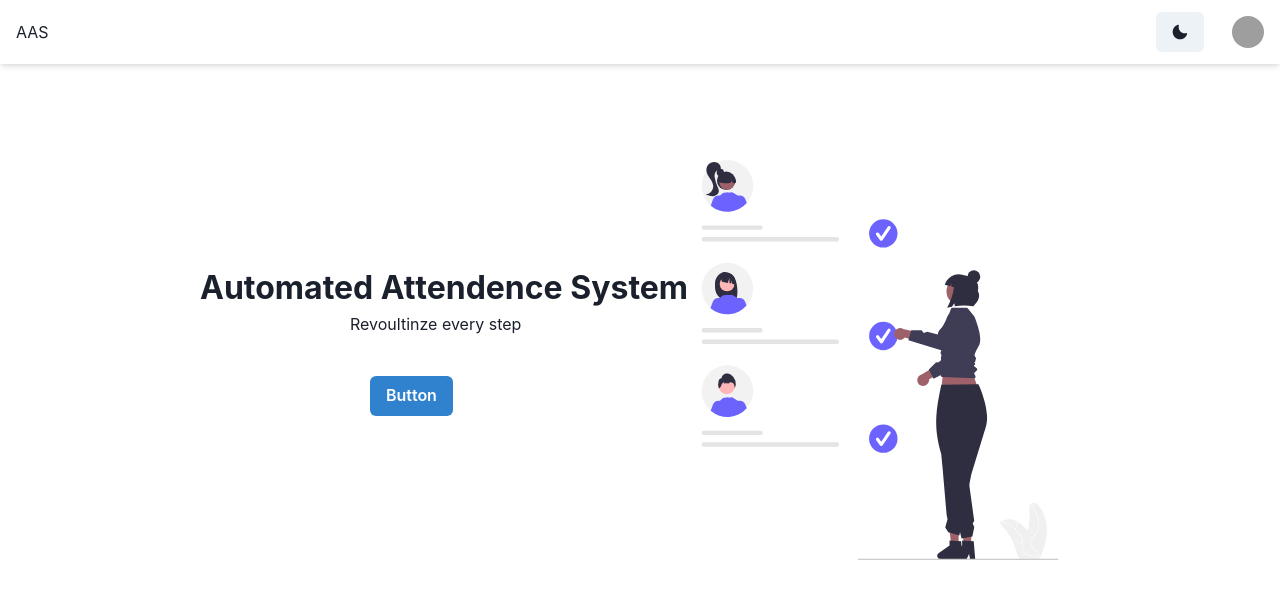
Repository: shash0708/attendence
Page: /
These files come from the project's save history. The page is drawn as it stood at one moment and after the next save; the edit follows.
The browser window is 1280 px wide. The pictures show the whole page.
Pictures or frames that could not be fetched are drawn as grey boxes. The project was rebuilt for these pictures with package versions that can differ from the ones it lists, and the page was loaded fresh each time. Also part of the build but not shown: src/App.css, src/components/Login/Login.component.jsx, src/components/Signup/Signup.component.jsx, src/routes/Authentication/Authentication.component.jsx.

Above is the page before, as saved 2024-04-06 20:44:38.

After the next save:
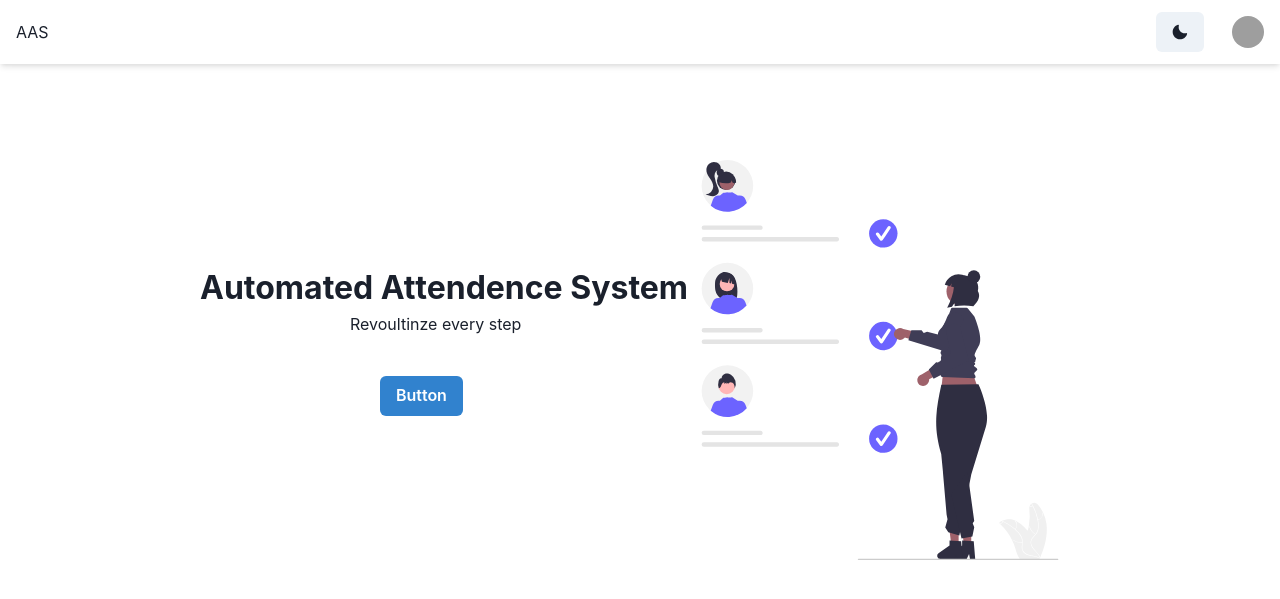
Saved 7 s later.
--- a/src/components/homeProp/HomeProp.styles.scss
+++ b/src/components/homeProp/HomeProp.styles.scss
@@ -31,6 +31,6 @@
   font-size: medium;
   position: fixed;
   top: 55%; // Adjust as needed
-  left: 370px; // Adjust as needed
+  left: 380px; // Adjust as needed
   transform: translateY(-50%);
 }
